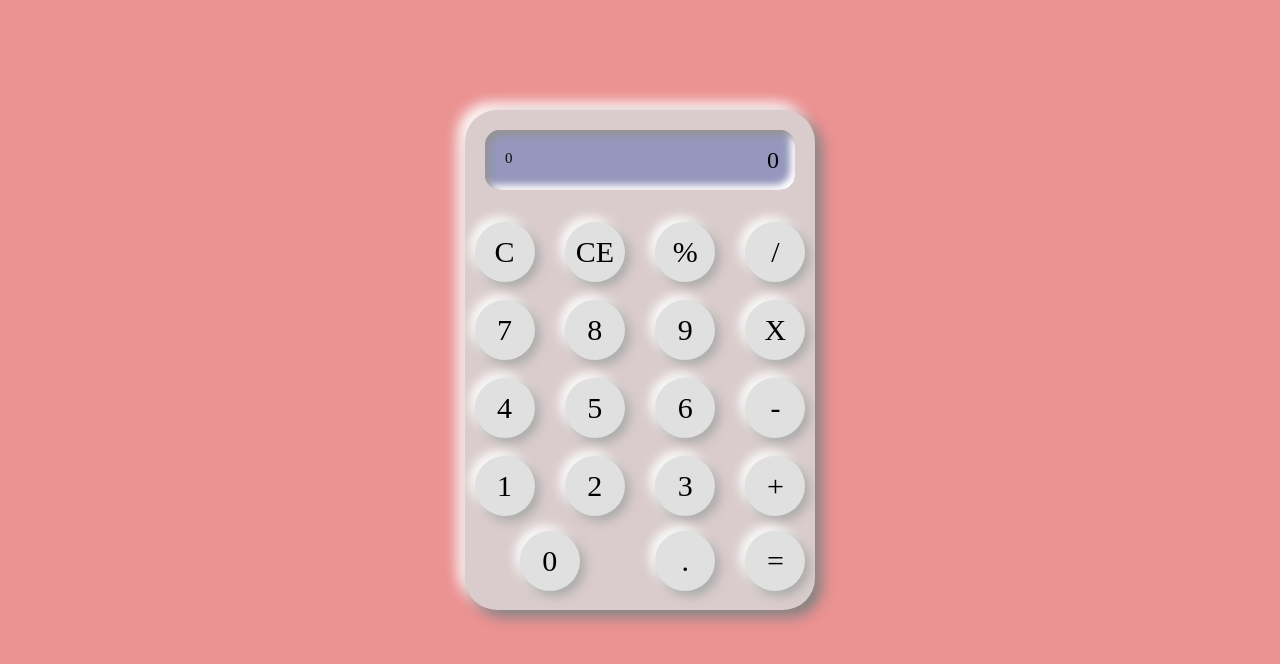
Repository: Goldmyn/Calculator
Page: index.html
The author's editor kept a copy of each file at every save. The page is drawn from the files as they stood at one save, then again after a run of saves.
The browser window is 1280 px wide. The pictures show the whole page.

Above is the page before, as saved 2022-09-28 02:33:52.

### index.html
<!DOCTYPE html>
<html lang="en">
<head>
    <meta charset="UTF-8">
    <meta http-equiv="X-UA-Compatible" content="IE=edge">
    <meta name="viewport" content="width=device-width, initial-scale=1.0">
    <title>Calculator</title>
    <link rel="stylesheet" href="index.css">
</head>
<body>
    <header>

    </header>

    <section>
        <div class="container">
            <div class="calculator">
                <div class="display">
                    <div class="display_a">0</div>
                    <div class="border"> <div class="display-2">0</div> </div>
                </div>
                <div class="all_buttons">
                    <div class="button all_clear">C</div>
                    <div class="button last_entity_clear">CE</div>
                    <div class="button operation">%</div>
                    <div class="button operation">/</div>
                    <div class="button number">7</div>
                    <div class="button number">8</div>
                    <div class="button number">9</div>
                    <div class="button operation">X</div>
                    <div class="button number">4</div>
                    <div class="button number">5</div>
                    <div class="button number">6</div>
                    <div class="button operation">-</div>
                    <div class="button number">1</div>
                    <div class="button number">2</div>
                    <div class="button number">3</div>
                    <div class="button operation">+</div>
                    <div class="button btn-0 number">0</div>
                    <div class="button number dot">.</div>
                    <div class="button equal">=</div>
                </div>
            </div>
        </div>
    </section>
</body>
</html>

### index.css
* {
    padding: 0;
    margin: 0;
    box-sizing: border-box;
}
html {
    font-family: 'Gill Sans', 'Gill Sans MT', Calibri, 'Trebuchet MS', sans-serif';
}

section {
    background-color: #eb9292;
    min-height: 100vh;
    width: 100%;
    display: flex;
    align-items: center;
    justify-content: center;
}

.container {
    background-color: #e0e0e0;
    width: 90%;
    height: 500px;
    max-width: 350px;
    border-radius: 32px;
    background: #dacccc;
    box-shadow: 7px 7px 14px #828282, -7px -7px 14px #ffffff;
    overflow: hidden;
}

.display {
    height: 100px;
    width: 100%;
    text-align: right;
    padding: 20px;
    font-size: 30px;
    position: relative;
}

.display_a  {
    opacity: 0.9;
    font-size: 15px;
    height: 20px;
    overflow: hidden;
    position: absolute;
    bottom: 40px;
    left: 40px;
}

.border {
    background-color: aqua;
    height: 60px;
    width: 100%;
    padding-right: 1rem;
    display: flex;
    align-items: center;
    justify-content: flex-end;
    border-radius: 15px;
    background: #9597bd;
    font-size: 24px;
    box-shadow: inset 5px 5px 7px #949494 , inset -5px -5px 7px #ffffff;
}

.all_buttons {
    color: rgb(0, 0, 0);
    display: grid;
    grid-template:
        repeat(4, minmax(67px, 1fr))
        / repeat(4, minmax(50px, 1fr));
    gap: 0.7rem;
    transform: translateY(0.5rem);
    place-items: center;
}

.button {
    display: inline-block;
    height: 60px;
    width: 60px;
    display: flex;
    align-items: center;
    justify-content: center;
    font-size: 30px;
    cursor: pointer;
    border-radius: 100px;
    background: #e0e0e0;
    box-shadow: 5px 5px 11px #aaaaaa ,  -5px -5px 11px #ffffff;
}

.button:hover {
    background-color: rgb(30, 43, 46);
    color: white;
}

.btn-0 {
    grid-column: 1/3;
}

After the next 2 saves:
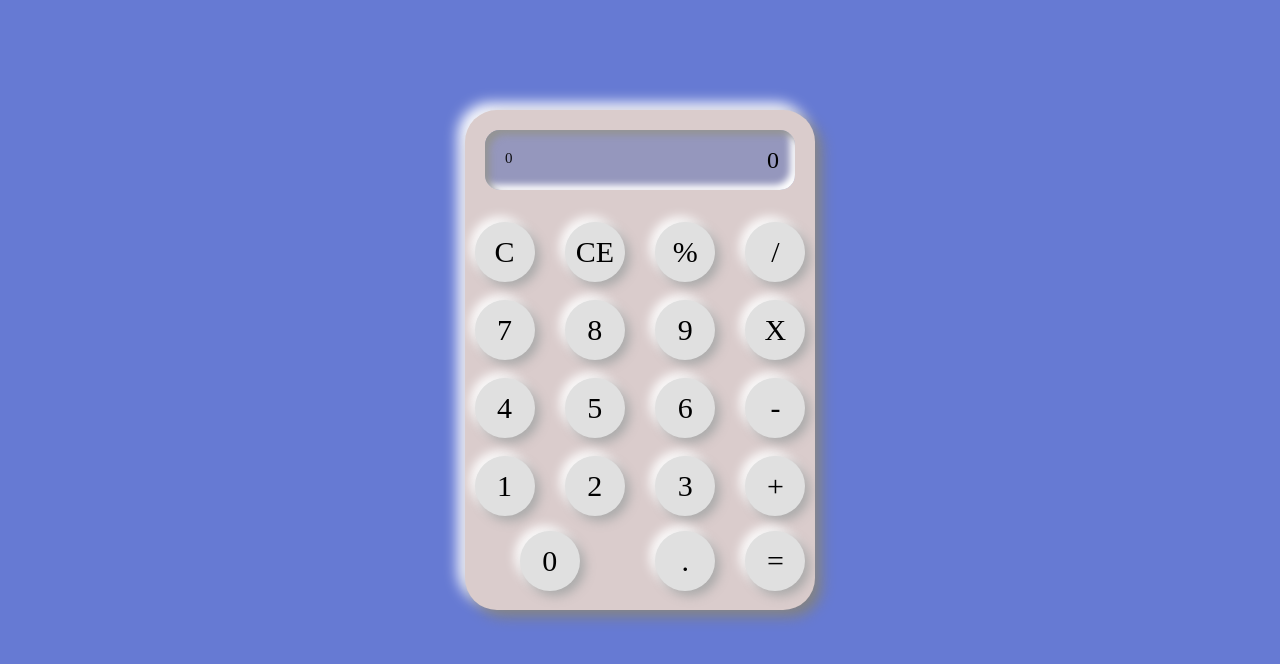
The 2 saves are shown as one change because they came seconds apart.
The last was saved 9 s later.
--- a/index.css
+++ b/index.css
@@ -8,7 +8,7 @@ html {
 }
 
 section {
-    background-color: #eb9292;
+    background-color: #667ad3;
     min-height: 100vh;
     width: 100%;
     display: flex;
